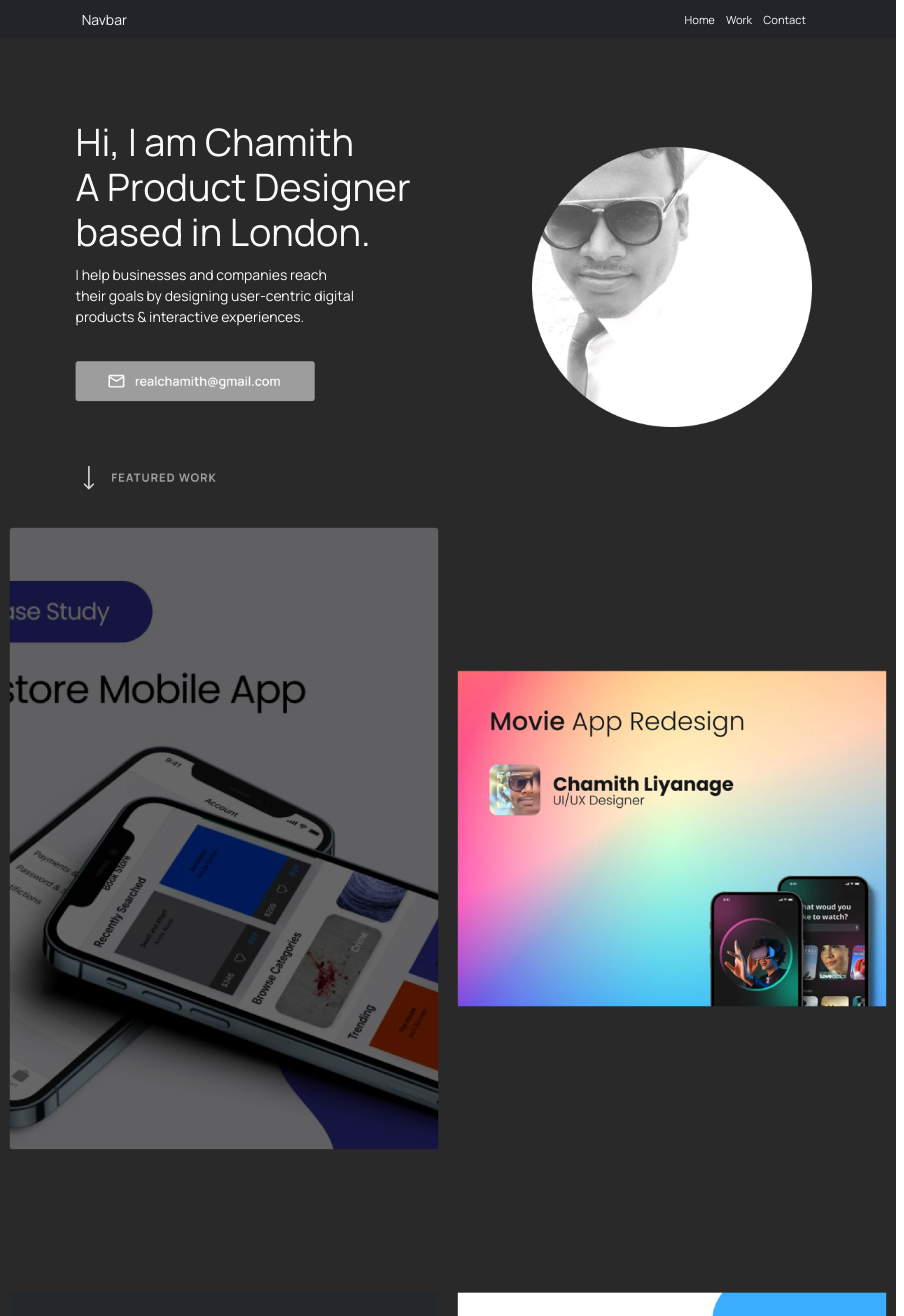
Repository: Realchamithweb/chamith-html
Page: index.html
The author's editor kept a copy of each file at every save. The page is drawn from the files as they stood at one save, then again after a run of saves.
The browser window is 1280 px wide. The page is 1292 px wide, so the pictures cover 1292 px, including what lies to the right of the window. The pictures show the part of the page from y = 0 to 1880 px (the page is 4139 px tall before and 4146 px after), at 70% of full size.

Above is the page before, as saved 2023-01-04 16:35:57.

### index.html
<!doctype html>
<html lang="en">
  <head>
    <!-- Required meta tags -->
    <meta charset="utf-8">
    <meta name="viewport" content="width=device-width, initial-scale=1">
    <link rel="stylesheet" href="/css/style.css">
    <link rel="script" href="/js/main.js">
    <!-- Bootstrap CSS -->
    <link href="https://cdn.jsdelivr.net/npm/bootstrap@5.0.2/dist/css/bootstrap.min.css" rel="stylesheet" integrity="sha384-EVSTQN3/azprG1Anm3QDgpJLIm9Nao0Yz1ztcQTwFspd3yD65VohhpuuCOmLASjC" crossorigin="anonymous">
    <link rel="stylesheet" href="https://fonts.googleapis.com/css?family=Manrope">
    <title>Hello, world!</title>
  </head>
  <body>
    <div class="main">
            <div class="head">
                <nav class="navbar navbar-expand-lg navbar-light bg-dark">
                    <div class="container-fluid">
                        <div class="col-md-1"></div>
                    <a class="navbar-brand col-md-8 text-light" href="#">Navbar</a>
                    <button class="navbar-toggler" type="button" data-bs-toggle="collapse" data-bs-target="#navbarNavDropdown" aria-controls="navbarNavDropdown" aria-expanded="false" aria-label="Toggle navigation">
                        <span class="navbar-toggler-icon"></span>
                    </button>
                    <div class="collapse navbar-collapse" id="navbarNavDropdown">
                        <ul class="navbar-nav">
                        <li class="nav-item">
                            <a class="nav-link active text-light" aria-current="page" href="#">Home</a>
                        </li>
                        <li class="nav-item">
                            <a class="nav-link text-light" href="/work.html">Work</a>
                        </li>
                        <li class="nav-item">
                            <a class="nav-link text-light" href="/contact.html">Contact</a>
                        </li>
                        </ul>
                    </div>
                    </div>
                </nav>
            </div>

            <section>
            <div class="hero">
                <div class="container-fluid">
                    <div class="row">
                        <div class="col-lg-6">
                            <p class="hero-title text-light mt-5">Hi, I am Chamith<br>
                                A Product Designer<br>
                                based in London.
                            </p>
                            <p class="hero-text text-light mt-2">
                                I help businesses and companies reach <br>
                                their goals by designing user-centric digital <br>
                                products & interactive experiences.
                            </p>
                            <div class="mt-5">
                                <img src="/inc/Btn.png" class="hero-btn">
                            </div>
                        </div>
                        <div class="col-lg-6 d-flex justify-content-center mt-4">
                            <img src="/inc/unsplash_XHVpWcr5grQ.png"" class="hero-img">
                        </div>
                    </div>
                </div>
            </div>
            </section>
            <section>
            <div class="Featured-Work">
                <div class="container-fluid">
                    <div class="row">
                        <div class="col-lg-1  mb-5"></div>
                        <div class="col-lg-10  mb-5 mt-5">
                            <img src="/inc/Featured.png" class="img00">
                        </div>
                        <div class="col-lg-6 d-flex justify-content-center">
                            <img src="/inc/unsplash_mxPiMiz7KCo.png" class="img01">

                        </div>
                        <div class="col-lg-6 d-flex justify-content-center">
                            <img src="/inc/unsplash_g-pKprPg5yw.png" class="img02">
                        </div>
                    </div>
                </div>
                <div class="container-fluid">
                    <div class="row">
                        <div class="col-lg-6 d-flex justify-content-center">
                            <img src="/inc/unsplash_pqzRfBhd9r0.png" class="img01">
                        </div>
                        <div class="col-lg-6 d-flex justify-content-center">
                            <img src="/inc/unsplash_x-HpilsdKEk.png" class="img01">
                        </div>
                    </div>
                </div>
            </div>
            </section>
            <section>
                <div class="Visual-Explorations mb-5">
                    <div class="container-fluild">
                        <div class="row">
                            <div class="col-lg-12 d-flex justify-content-center text-light h1 mt-5 mb-5">Visual Explorations</div>
                            <div class="col-lg-4 d-flex justify-content-center">
                                <img src="/inc/unsplash_fd6K_OFlnRA.png" class="img01">
                            </div>
                            <div class="col-lg-4 d-flex justify-content-center">
                                <img src="/inc/unsplash_Glel-RswQqM.png" class="img01">
                            </div>
                            <div class="col-lg-4 d-flex justify-content-center">
                                <img src="/inc/unsplash_pPTw_RTkvXQ.png" class="img01">
                            </div>
                        </div>
                    </div>
                </div>
            </section>
            <section>
                <div class="Personal-Projects">
                    <div class="container-fluild">
                        <div class="row">
                            <div class="col-lg-12 d-flex justify-content-center text-light h1 mt-5">Personal Projects</div>
                            <div class="col-lg-4 d-flex justify-content-center">
                                <img src="/inc/Rectangle 4.png" class="img01">
                            </div>
                            <div class="col-lg-4 d-flex justify-content-center">
                                <img src="/inc/Rectangle 4-1.png" class="img01">
                            </div>
                            <div class="col-lg-4 d-flex justify-content-center">
                                <img src="/inc/Rectangle 4-2.png" class="img01">
                            </div>
                        </div>
                    </div>
                </div>
            </section>
            <section>
                <div class="contact-me">
                    <div class="container-fluild">
                        <div class="row">
                                <h2 class="text-light d-flex justify-content-center mb-5">Contact Me</h2>
                                <p class="text-light d-flex text-center justify-content-center h5 mb-5">If you are looking to hire a product designer,<br>
                                    I’m currently available for freelance work</p>
                                <div class="col-lg-12 d-flex justify-content-center mb-5">
                                    <img src="/inc/Btn.png" class="img02">
                                </div>
                        </div>
                    </div>
                </div>
            </section>
            <section>
                <div class="footer">
                    <div class="container-fluild">
                        <div class="row">
                            <hr class="text-light">
                            <div class="col-lg-4 text-center text-light mb-3">Made by Chamith — Copyright 2022</div>
                            <div class="col-lg-4 mb-3"></div>
                            <div class="col-lg-4 mb-3"><img src="/inc/Icons.png" class="img02"></div>
                        </div>
                    </div>
                </div>
            </section>

    </div>




    <!-- Optional JavaScript; choose one of the two! -->

    <!-- Option 1: Bootstrap Bundle with Popper -->
    <script src="https://cdn.jsdelivr.net/npm/bootstrap@5.0.2/dist/js/bootstrap.bundle.min.js" integrity="sha384-MrcW6ZMFYlzcLA8Nl+NtUVF0sA7MsXsP1UyJoMp4YLEuNSfAP+JcXn/tWtIaxVXM" crossorigin="anonymous"></script>

    <!-- Option 2: Separate Popper and Bootstrap JS -->
    <!--
    <script src="https://cdn.jsdelivr.net/npm/@popperjs/core@2.9.2/dist/umd/popper.min.js" integrity="sha384-IQsoLXl5PILFhosVNubq5LC7Qb9DXgDA9i+tQ8Zj3iwWAwPtgFTxbJ8NT4GN1R8p" crossorigin="anonymous"></script>
    <script src="https://cdn.jsdelivr.net/npm/bootstrap@5.0.2/dist/js/bootstrap.min.js" integrity="sha384-cVKIPhGWiC2Al4u+LWgxfKTRIcfu0JTxR+EQDz/bgldoEyl4H0zUF0QKbrJ0EcQF" crossorigin="anonymous"></script>
    -->
  </body>
</html>

### css/style.css
.main{
    background-color: #292929;
    font-family: 'Manrope', serif;

}
.navbar{
    padding-top: 15px;
    padding-bottom: 15px;
}
.hero{
    margin-top: 66px;
}

.hero-img{
    margin-top: 4em;
}

.hero-title{
    font-style: normal;
    font-weight: 400;
    font-size: 54px;
    line-height: 64px;
    margin-left: 96px;
}

.hero-text{
    font-style: normal;
    font-weight: 400;
    font-size: 20px;
    line-height: 30px;
    margin-left: 96px;
}

.hero-btn{
    margin-left: 96px;
}
/*
.hero-title{
    position: absolute;
    width: 824px;
    height: 192px;
    left: 96px;
    top: 240px;

    font-family: 'Inter';
    font-style: normal;
    font-weight: 400;
    font-size: 54px;
    line-height: 64px;
    color: #000000;
}

.hero-text{
    position: absolute;
    width: 824px;
    height: 90px;
    left: 96px;
    top: 456px;

    font-family: 'Inter';
    font-style: normal;
    font-weight: 400;
    font-size: 20px;
    line-height: 30px;
    /* or 150% */
    /* color: #000000
}

.hero-btn{
    box-sizing: border-box;
    position: absolute;
    width: 341.57px;
    height: 57px;
    left: 96px;
    top: 634px;

    background: #FFFFFF;
    border: 1px solid #000000;
    border-radius: 4px;
}

.f-row{
    display: flex;
    flex-direction: row;
    justify-content: center;
    align-items: center;
    padding: 8px;
    gap: 32px;

    position: absolute;
    height: 48px;
    left: 96px;
    top: 836px;
}

.img00{
    display: flex;
    flex-direction: row;
    justify-content: center;
    align-items: center;
    padding: 8px;
    gap: 32px;

    position: absolute;
    width: 198px;
    height: 48px;
    left: 96px;
    top: 836px;

}

.img01{
    position: absolute;
    width: 612px;
    height: 888px;
    left: 96px;
    top: 964px;
    border-radius: 4px;
}

.img01:hover{
    background: linear-gradient(0deg, rgba(0, 0, 0, 0.6), rgba(0, 0, 0, 0.6)), url("/inc/Bookstore.png"), #292929;
}

.img02{
    position: absolute;
    width: 612px;
    height: 888px;
    left: 732px;
    top: 1102px;

    background: url(3ffea8135910975.Y3JvcCwxMDgwLDg0NCwwLDExNw.png), #292929;
    border-radius: 4px;
}  */

After the next 2 saves:
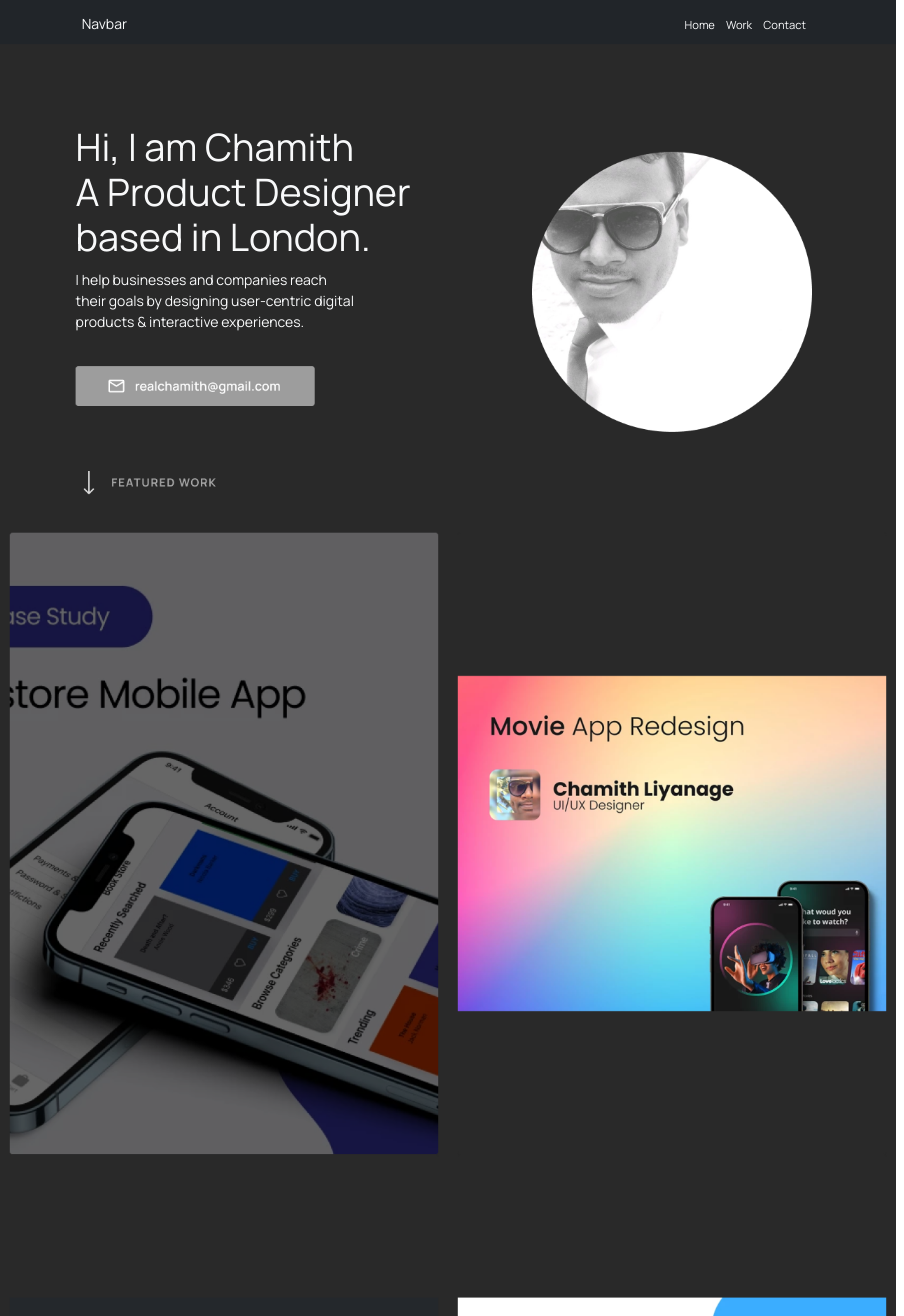
The 2 saves are shown as one change because they came seconds apart.
The last was saved 25 s later.
--- a/css/style.css
+++ b/css/style.css
@@ -4,7 +4,7 @@
 
 }
 .navbar{
-    padding-top: 15px;
+    padding-top: 15px!important;
     padding-bottom: 15px;
 }
 .hero{
